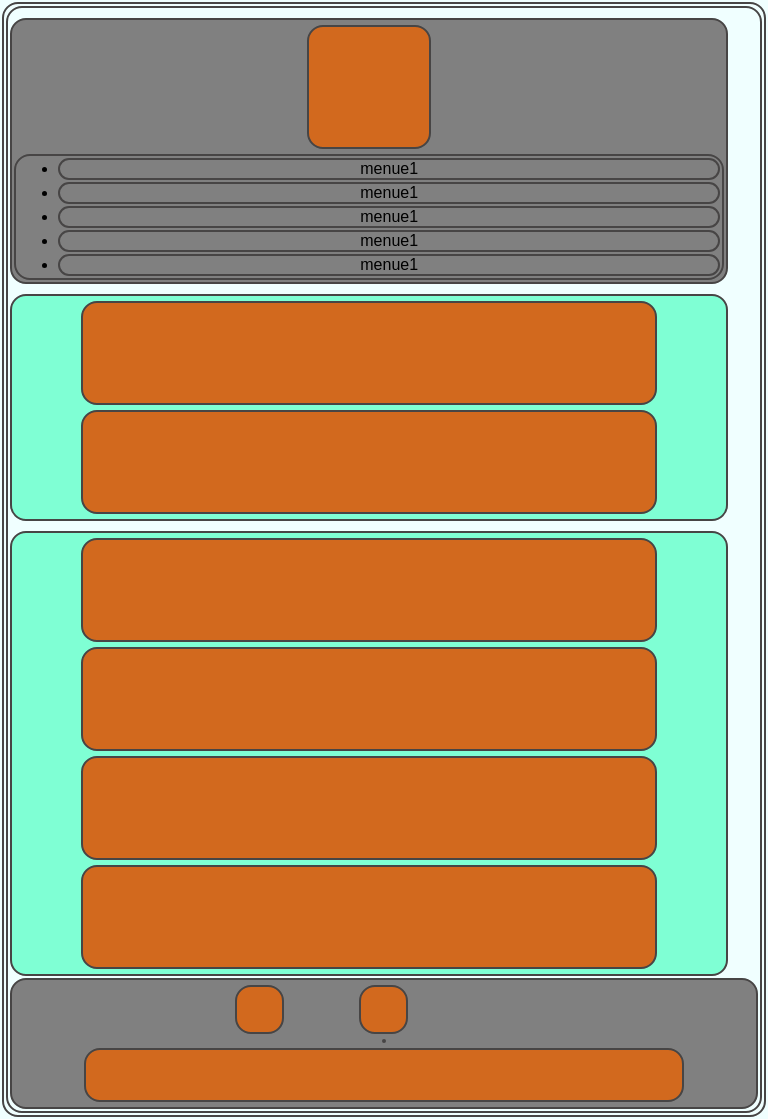
Repository: clairedupuich/cv-claireDUPUICH
Page: cv.html
These files come from the project's save history. The page is drawn as it stood at one moment and after the next save; the edit follows.
The browser window is 768 px wide. The pictures show the whole page.

Above is the page before, as saved 2020-10-08 13:47:34.

### cv.html
<!DOCTYPE html>
<html lang="fr" dir="ltr">
  <head>
    <meta charset="utf-8">
    <title>Exercice</title>
    <link rel="stylesheet" href="cv.css">
  </head>
  <body>
    <section class="header">
        <div class="img">
        </div>

            <ul class="nav">
                <li>menue1</li>
                <li>menue1</li>
                <li>menue1</li>
                <li>menue1</li>
                <li>menue1</li>
            </ul>

    </section>
      <section class="section 1">
          <div class="article1_1">
          </div>
          <div class="article1_2">
          </div>
      </section>
      <section class="section2">
        <div class="article2_1">
        </div>
        <div class="article2_2">
        </div>
        <div class="article2_3">
        </div>
        <div class="article2_4">
        </div>
      </section>
      <footer>
          <div class='footer1'>
          </div>
        <div class="footer2">
        </div>
        <div class="clear"></div>
        <div class="footer3">
        </div>
    </footer>
  </body>
</html>

### cv.css

@media screen and (max-width: 768px)
{
    * {
        font-family: Avenir, sans-serif;
        border: 2px solid rgb(71, 69, 69);
        border-radius: 16px;
         margin: 2px;

    }

    body {
        background-color: azure;


    }
    section {
        margin-top: 10px;
        width: 95%;
        background-color: aquamarine;


    }
    div {
        margin: 5px auto;
        width:80% ;
        height: 100px;
        background-color: chocolate;
    }
    ul {
        text-align: center;
    }

    footer,
    .header{
        background-color: gray;
    }

    .footer2,
    .footer1 {
        height: 45px;
        width: 45px;
        float: left;

    }
    .footer1{
        margin-left: 30%;
        margin-right: 10%;
    }
    .clear {
        clear: both;
        width: 0;
        height: 0;
    }
    .footer3 {
        height: 50px;
    }
    .img {
        width:120px;
        height: 120px;
        text-align: left;
    }

}

After the next save:
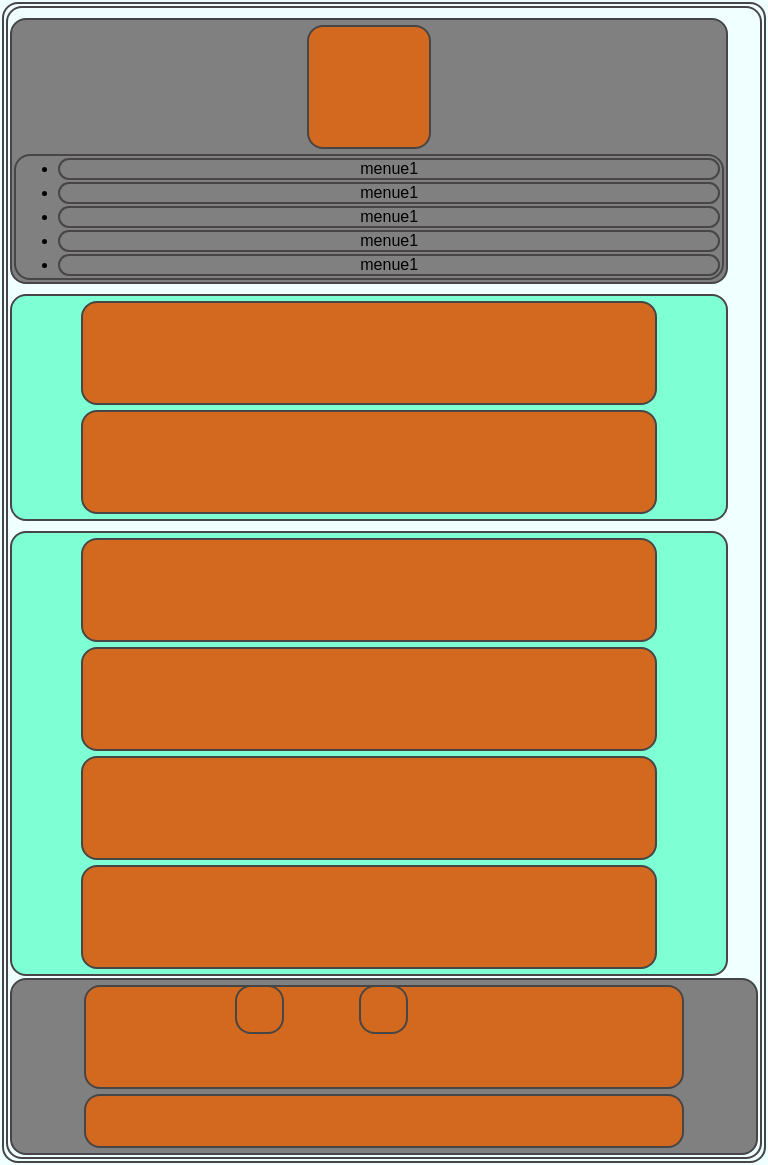
Saved 69 s later.
--- a/cv.css
+++ b/cv.css
@@ -47,12 +47,9 @@
         margin-left: 30%;
         margin-right: 10%;
     }
-    .clear {
+
+    .footer3 {
         clear: both;
-        width: 0;
-        height: 0;
-    }
-    .footer3 {
         height: 50px;
     }
     .img {
